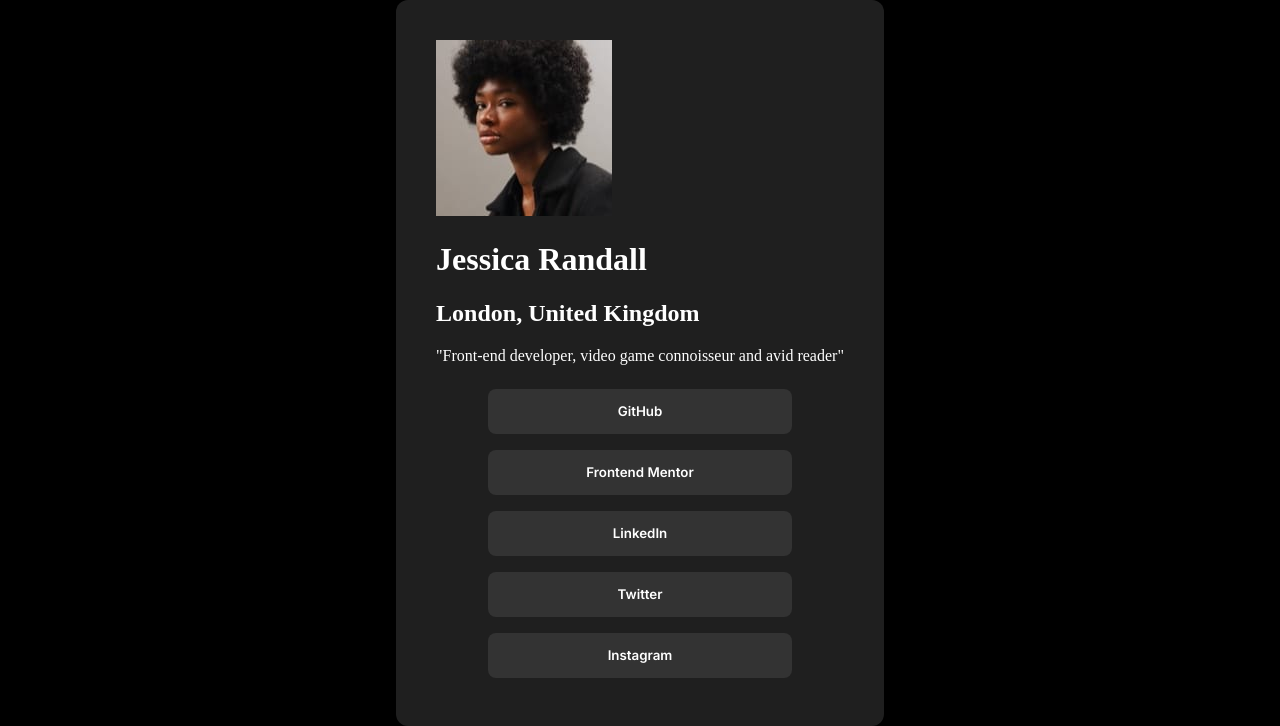
Repository: brandontaylor1/social-links-profile
Page: index.html
These files come from the project's save history. The page is drawn as it stood at one moment and after a run of saves; the edit follows.
The browser window is 1280 px wide. The pictures show the whole page.

Above is the page before, as saved 2024-12-25 17:12:14.

### index.html
<!DOCTYPE html>
<html lang="en">
<head>
    <meta charset="UTF-8">
    <meta name="viewport" content="width=device-width, initial-scale=1.0">
    <link rel="preconnect" href="https://fonts.googleapis.com">
    <link rel="preconnect" href="https://fonts.gstatic.com" crossorigin>
    <link href="https://fonts.googleapis.com/css2?family=Inter:ital,opsz,wght@0,14..32,100..900;1,14..32,100..900&display=swap" rel="stylesheet">
    <link rel="stylesheet" href="styles.css">
    <title>Social Links Profile</title>
</head>
<body>
    <main class="container">
        <div class="profile-content">
            <div class="img-container">
                <img src="./images/avatar-jessica.jpeg" alt="profile-pic">
            </div>
            <div class="profile-text">
                <h1>Jessica Randall</h1>
                <h2>London, United Kingdom</h2>
            </div>
            <p>"Front-end developer, video game connoisseur and avid reader"</p>
        </div>
        <div class="social-link-button-container">
            <button class="social-link-button"><a href="#">GitHub</a></button>
            <button class="social-link-button"><a href="#">Frontend Mentor</a></button>
            <button class="social-link-button"><a href="#">LinkedIn</a></button>
            <button class="social-link-button"><a href="#">Twitter</a></button>
            <button class="social-link-button"><a href="#">Instagram</a></button>
        </div>
    </main>

    <script src="index.js"></script>
</body>
</html>

### styles.css
:root {
    --gray-900: #141414;
    --gray-800: #1F1F1F;
    --gray-700: #333333;

    --color-white: #FFFFFF;
    --color-black: #000000;

    --color-green: #C4F82A;

}

body {
    box-sizing: border-box;
    margin: 0;
    padding: 0;
    background-color: black;
    display: flex;
    justify-content: center;
    align-items: center;
    background-color: var(--color-black);
}

.container {
    background-color: var(--gray-800);
    color: var(--color-white);
    display: flex;
    flex-direction: column;
    justify-content: center;
    align-items: center;
    border-radius: 12px;
    padding: 40px;
}


.social-link-button-container {
    display: flex;
    flex-direction: column;
    justify-content: center;
    align-items: center;

}

.social-link-button {
    width: 304px;
    height: 45px;
    background-color: var(--gray-700);
    color: var(--color-white);
    border: none;
    border-radius: 8px;
    margin: 8px;
    font-family: "Inter", sans-serif;
    font-weight: 600;

}

.social-link-button:hover {
    background-color: var(--color-green);

}

.social-link-button a:hover {
    color: var(--color-black);
}

a {
    text-decoration: none;
    color: var(--color-white);
}

Loaded but not shown: index.js (no stored copy; drawn as an empty file)

After the next 4 saves:
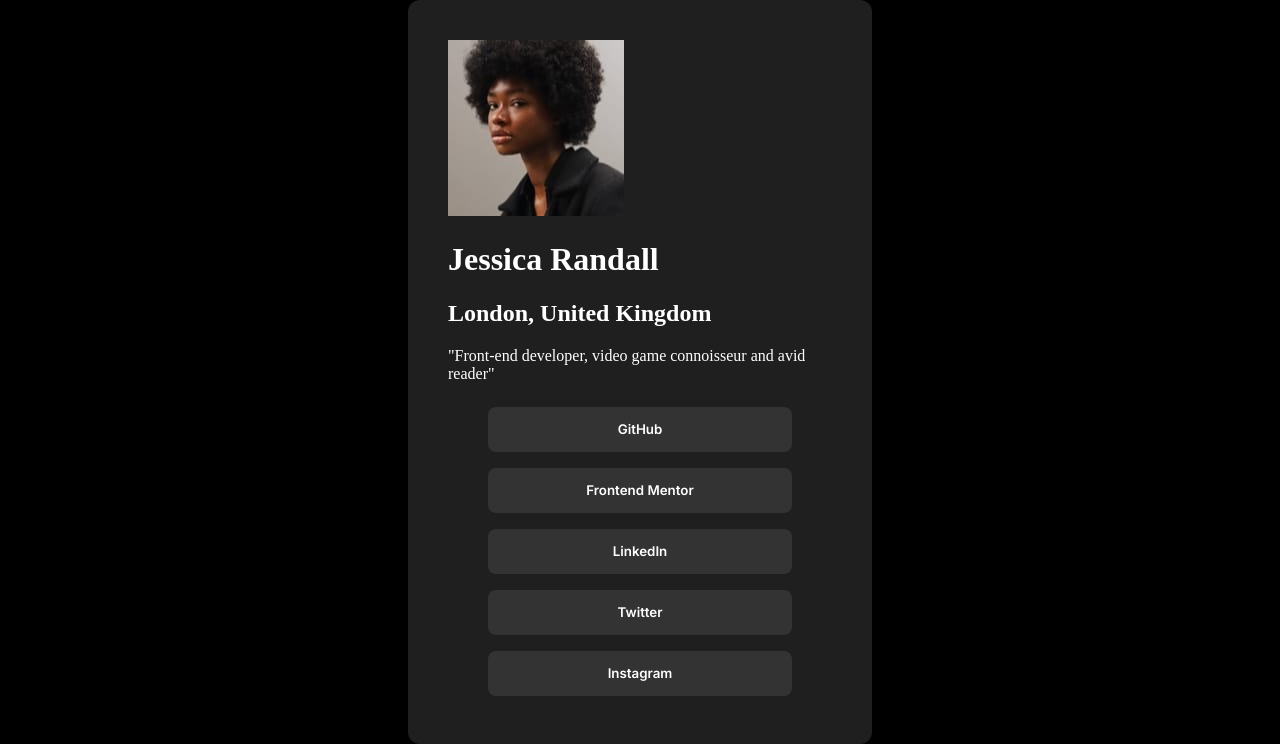
The 4 saves are shown as one change because they came seconds apart.
The last was saved 25 s later.
--- a/styles.css
+++ b/styles.css
@@ -30,6 +30,8 @@ body {
     align-items: center;
     border-radius: 12px;
     padding: 40px;
+    width: 384px;
+    height:
 }
 
 
